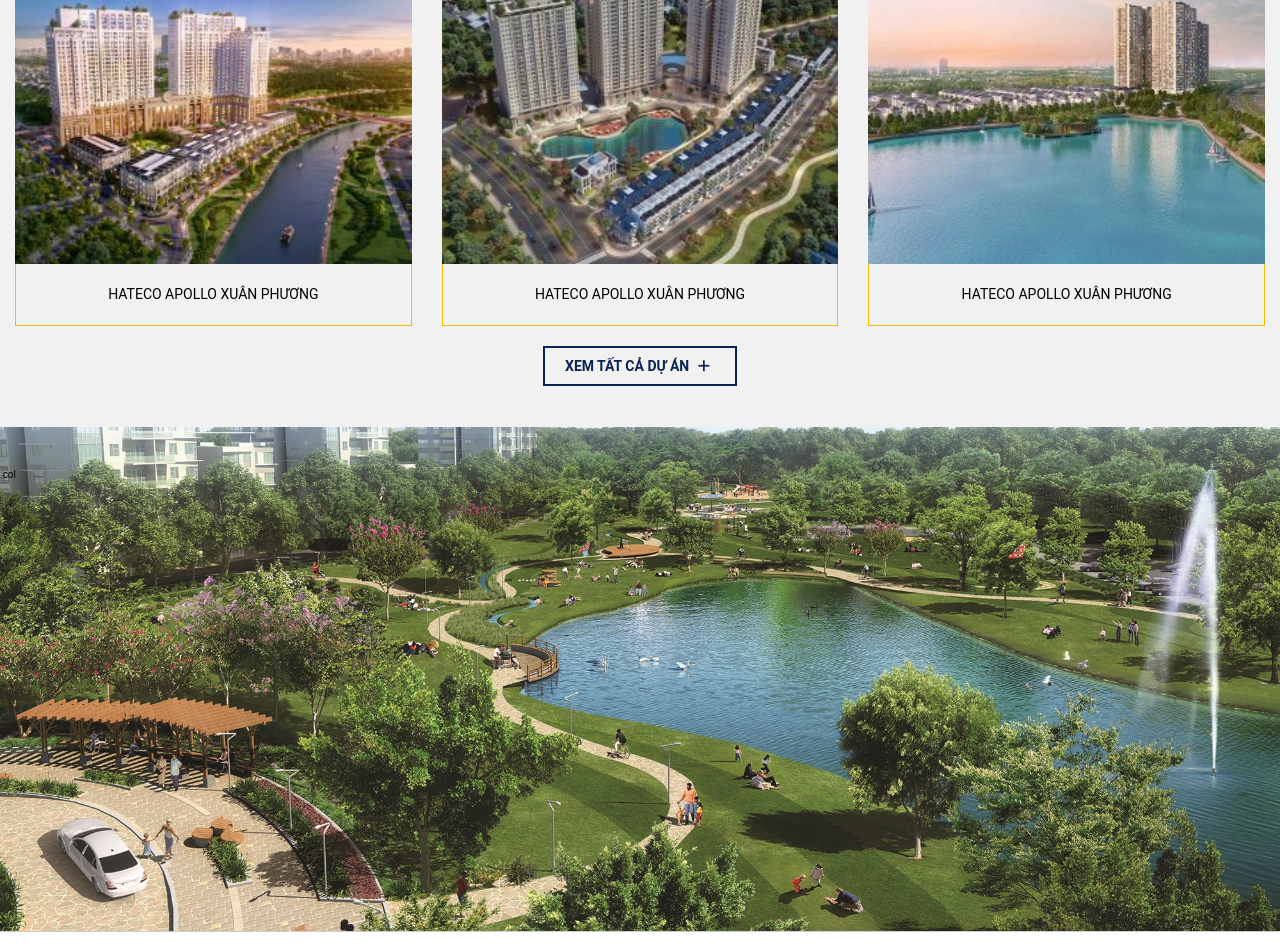
Repository: phamphuc2/fontend-bds
Page: index.html
The author's editor kept a copy of each file at every save. The page is drawn from the files as they stood at one save, then again after the next save.
The browser window is 1280 px wide. The pictures show the part of the page from y = 1819 to 2771 px (the page is 3409 px tall).
A picture or video elsewhere on the page could not be fetched, so the positions and the page height are approximate. Backgrounds fixed to the window are drawn as part of the page. Some web libraries are served in a nearby version.

Above is the page before, as saved 2022-06-08 16:41:46.

After the next save:
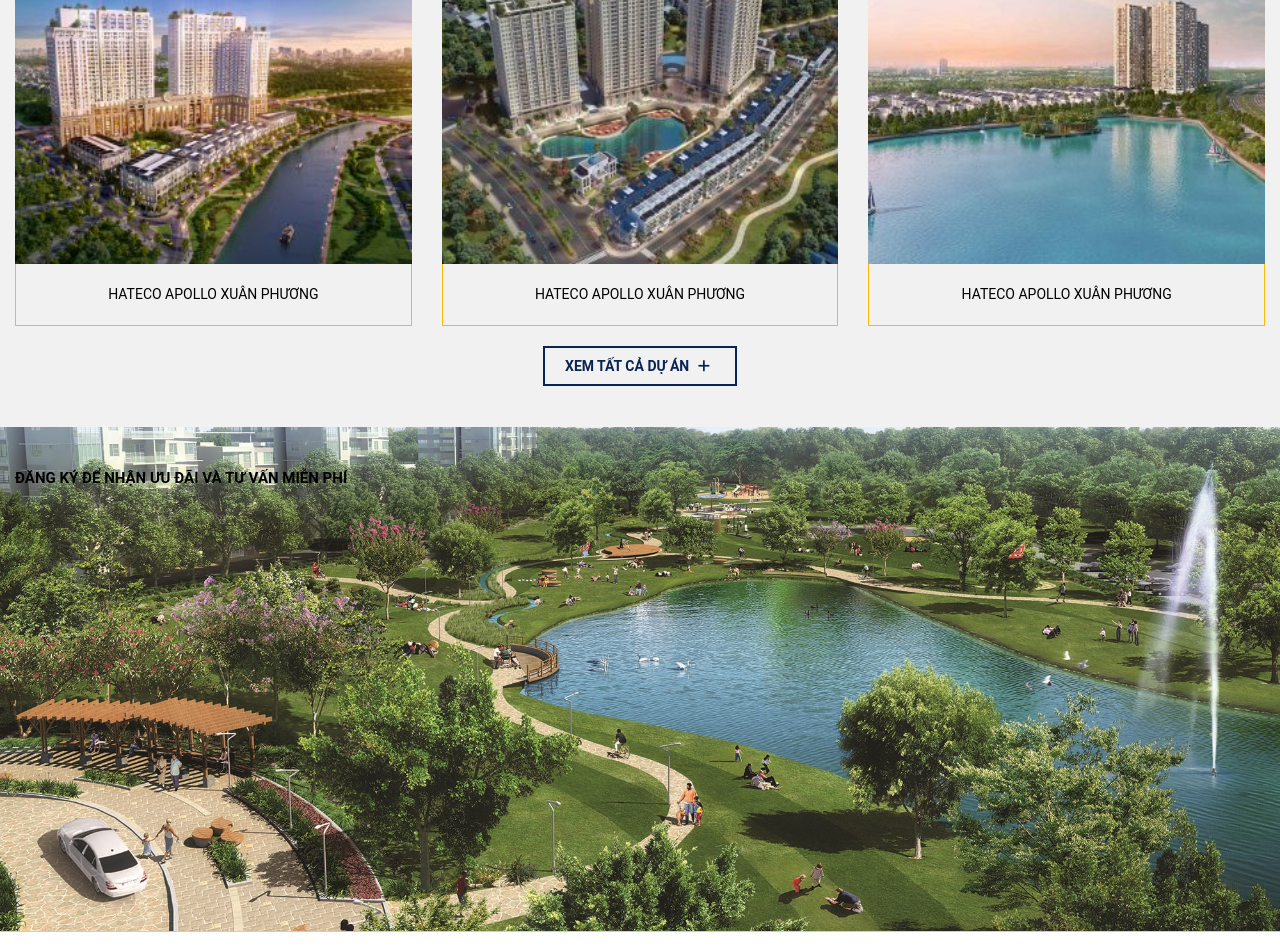
Saved 8 min 4 s later.
--- a/index.html
+++ b/index.html
@@ -296,7 +296,11 @@
     <section class="contact-home">
         <div class="container">
             <div class="row">
-                .col
+                <div class="col-12">
+                    <div class="item-top">
+                        <h2 class="title">ĐĂNG KÝ ĐỂ NHẬN ƯU ĐÃI VÀ TƯ VẤN MIỄN PHÍ</h2>
+                    </div>
+                </div>
             </div>
         </div>
     </section>
